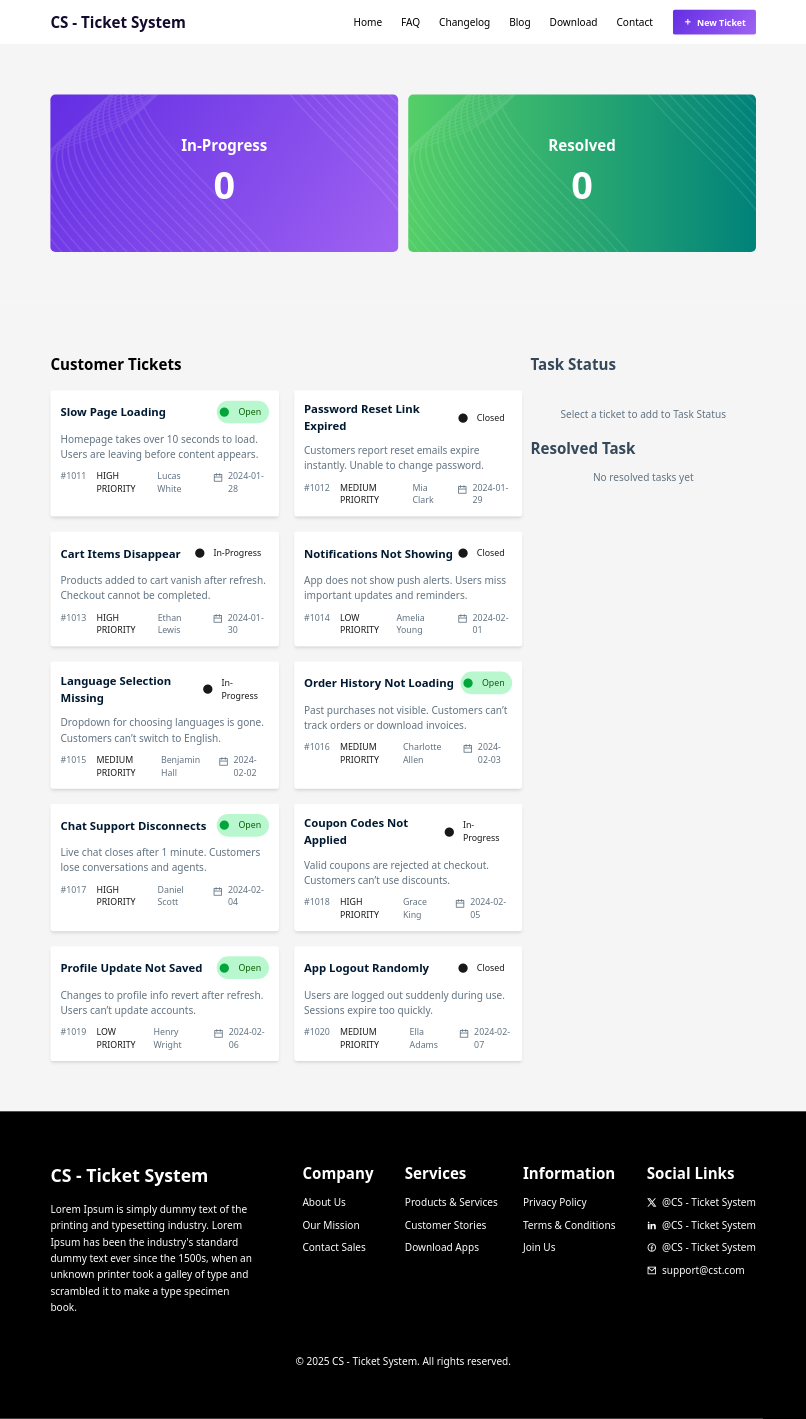
Repository: belalctgns2021/customer-support-zones
Page: /
The author's editor kept a copy of each file at every save. The page is drawn from the files as they stood at one save, then again after the next save.
The browser window is 1280 px wide. The pictures show the whole page, at 63% of full size.
Some web libraries are served in a nearby version. The project was rebuilt for these pictures with package versions that can differ from the ones it lists, and the page was loaded fresh each time. Also part of the build but not shown: vite.config.js.

Above is the page before, as saved 2025-11-07 11:59:39.

After the next save:
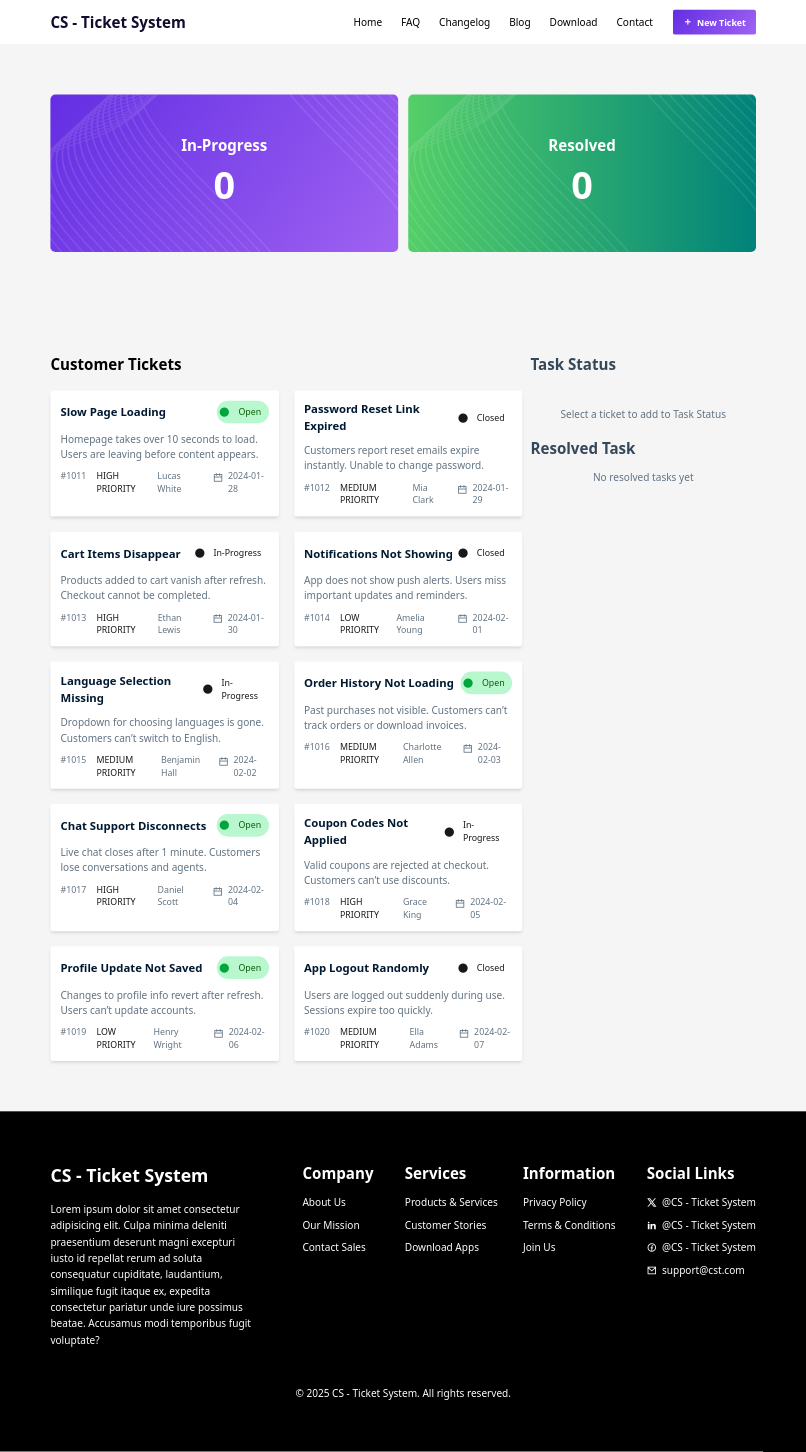
Saved 56 min 27 s later.
--- a/src/components/Footer/Footer.jsx
+++ b/src/components/Footer/Footer.jsx
@@ -13,10 +13,11 @@ const Footer = () => {
               CS - Ticket System
             </h1>
             <p className="text-[10px] md:text-[14px] lg:text-[16px] leading-relaxed">
-              Lorem Ipsum is simply dummy text of the printing and typesetting
-              industry. Lorem Ipsum has been the industry's standard dummy text
-              ever since the 1500s, when an unknown printer took a galley of
-              type and scrambled it to make a type specimen book.
+              Lorem ipsum dolor sit amet consectetur adipisicing elit. Culpa
+            minima deleniti praesentium deserunt magni excepturi iusto id
+            repellat rerum ad soluta consequatur cupiditate, laudantium,
+            similique fugit itaque ex, expedita consectetur pariatur unde iure
+            possimus beatae. Accusamus modi temporibus fugit voluptate?
             </p>
           </div>
 
